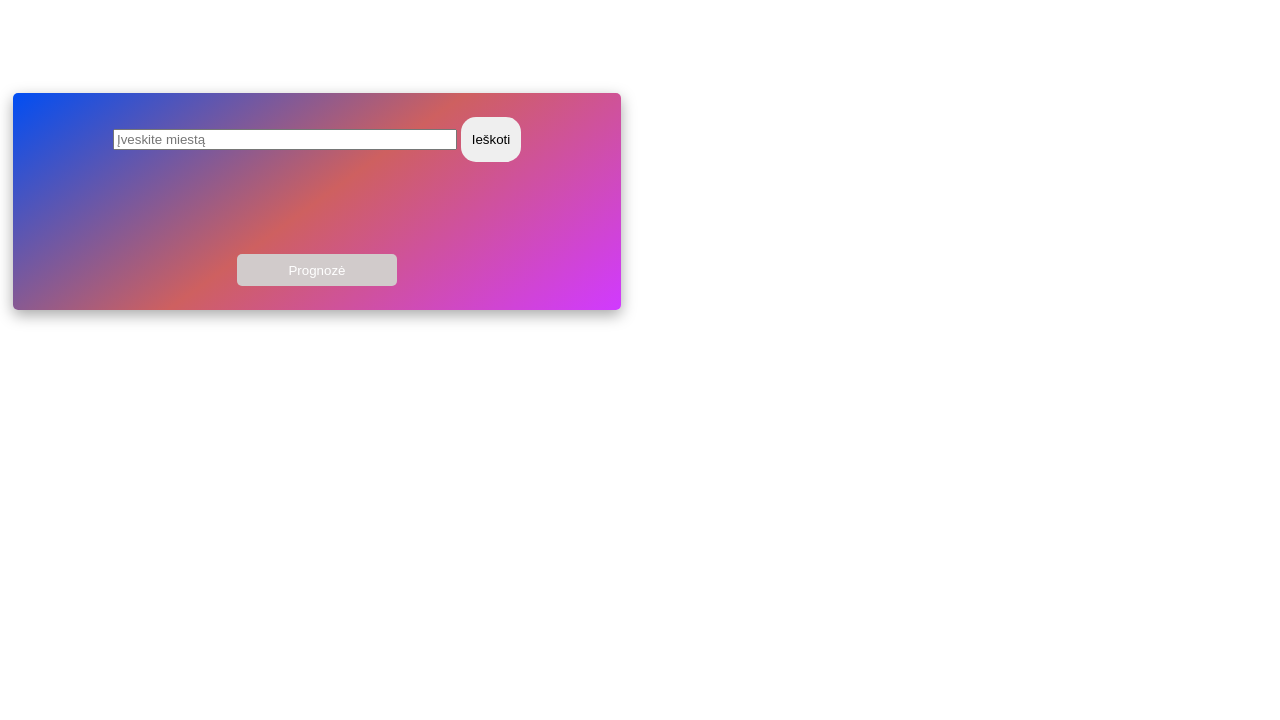
Repository: daxazz1/Weather-app
Page: index.html
An editor plug-in stored every save of this project. The page is shown before and after the next save, followed by the edit.
The browser window is 1280 px wide. The pictures show the whole page.

Above is the page before, as saved 2021-11-08 13:23:05.

### index.html
<!DOCTYPE html>
<html lang="en">
<head>
    <meta charset="UTF-8">
    <meta http-equiv="X-UA-Compatible" content="IE=edge">
    <meta name="viewport" content="width=device-width, initial-scale=1.0">
    <title>Simple weather app</title>
    <link rel="stylesheet" href="style.css">
    <link rel="preconnect" href="https://fonts.googleapis.com">
    <script src="resources/script.js" defer></script>




<!-- Font Awesome
<link
  href="https://cdnjs.cloudflare.com/ajax/libs/font-awesome/5.15.1/css/all.min.css"
  rel="stylesheet"
/>
 Google Fonts
<link
  href="https://fonts.googleapis.com/css?family=Roboto:300,400,500,700&display=swap"
  rel="stylesheet"
/>
 MDB
<link
  href="https://cdnjs.cloudflare.com/ajax/libs/mdb-ui-kit/3.6.0/mdb.min.css"
  rel="stylesheet"
/>
-->

</head>
<body>


  <div class="content">

    <div id="wrapper1">

      <div class="input">
        <input id="city" placeholder="Įveskite miestą" required/>
        <button id="search">Ieškoti</button>

        </span>
      </div>
          <p class="dt"> <span id="datetime"></span></p>
          <div class="siandien">
          <img id="penktas">
          <div id="pirmas"></div>
          <div id="antras"></div>
          <div id="trecias"></div>
          <div id="ketvirtas"></div>
          </div>
          <br><br>
          <button id="prognoze">Prognozė</button>
    </div>

    <div id="wrapper2">

      <h1 id="h1"></h1>

    <div class="wrap">

      <div class="rytoj1">
        <table>
          <tr>
            <td><h4 id="h4-1"></h4></td>
            <td><img id="sesto-icon"/></td>
            <td><div id="sestas"></div></td>
            <td><div id="septintas"></div></td>
            <td><div id="astuntas"></div></td>
          </tr>
    </div>

    <div class="rytoj2">

        <tr>
      <td><h4 id="h4-2"></h4></td>
      <td> <img id="devinto-icon"/></td>
      <td> <div id="devintas"></div></td>
      <td> <div id="desimtas"></div></td>
      <td> <div id="vienuoliktas"></div></td>
       </tr>

    </div>

    <div class="rytoj3">

        <tr>
          <td> <h4 id="h4-3"></h4></td>
          <td> <img id="dvylikto-icon"/></td>
          <td> <div id="dvyliktas"></div></td>
          <td> <div id="tryliktas"></div></td>
          <td> <div id="keturioliktas"></div></td>
      </tr>
    </table>
    </div>
  </div>
  </div>

</div>


</body>
</html>

### style.css
.content {
  width: 100%;
  height: auto;
  display: block;
  padding-top: 5rem;
  margin: 0 auto;
}
#wrapper1,
#wrapper2 {
  color: white;
  width: 35rem;
  text-align: center;
  border-radius: 5px;
  margin: 5px;
  background-color: rgb(255, 255, 255);
  padding: 1.5rem;
  box-shadow: rgba(0, 0, 0, 0.35) 0px 5px 15px;
  background: linear-gradient(0.4turn, #014ef3, #ce6060, #c300ffc5);
}

.wrap {
  justify-content: space-around;
  margin-top: 60px;
}
#city {
  width: 60%;
}
button {
  width: 60px;
  height: 45px;
  border: 1px;
  border-radius: 15px;
}
.dt {
  color: rgb(255, 255, 255);
  font-size: 14px;
  padding-top: 10px;
}

#pirmas {
  font-weight: 500;
  font-size: 36px;
}
.rytoj1,
.rytoj2,
.rytoj3 {
  font-size: 12px;
}

#prognoze {
  width: 10rem;
  height: 2rem;
  border: none;
  border-radius: 5px;
  background-color: #d1cbcb;
  color: white;
}
#h4-1,
#h4-2,
#h4-3 {
  font-size: 12px;
}
body {
  align-items: center;
}

### resources/script.js
let apiKey = '460522f216939cb477f8b66006be7948' // jusu api key
let lang = 'lt' // kalba
let units = 'metric' // naudojama metrine sistema
let city = 'Vilnius' // miestas irasytas inpute

let cityName = document.getElementById('city')
let searchButton = document.getElementById('search')

// uzdedu click eventa ant search mygtuko
searchButton.addEventListener('click', getDataFromApi)

// funkcija kuri gauna duomenis is API
function getDataFromApi() {
    // paimu irasyta miesta is input ir nustatau
    city = cityName.value

    // url yra skirtas pasiimti duomenis is api
    let url = 'https://api.openweathermap.org/data/2.5/forecast?' +
        'q=' + city +
        '&units=' + units +
        '&lang=' + lang +
        '&appid=' + apiKey

    // su fetch funkcija pasiimu duomenis is api (asinchronine funkcija)
    fetch(url)
        .then(response => response.json())
        // data => jusu kodas
        .then(function (data) {
            //paduodu gautus duomenis i funkcija
            showWeatherInDom(data)
        });
}


document.getElementById("wrapper2").style.display = 'none';



// funkcija kuri gauna duomenis ir juos atvaizduoja
function showWeatherInDom(data) {
    // tikrinu ar mano response yra geras
    if (data.cod === '200') {

    // /prognoze siai dienai

        document.getElementById("pirmas").innerHTML =  data.city.name;
        document.getElementById("antras").innerHTML = "Temperatūra: " + Math.round(data.list[0].main.temp) +" °C / " + "Jaučiama:  " + Math.round(data.list[0].main.feels_like) +" °C";
        document.getElementById("trecias").innerHTML = "Vėjo greitis: " + data.list[0].wind.speed + " m/s";
        document.getElementById("ketvirtas").innerHTML = data.list[0].weather[0].description;


        let iconCode =  data.list[0].weather[0].icon;
        let iconUrl = 'http://openweathermap.org/img/wn/' + iconCode + '@2x.png';
        let image = document.getElementById("penktas");
        image.src = iconUrl;

        console.log(data.list)

        //prognoze rytoj

        document.getElementById("sestas").innerHTML =  "Temperatūra: " + Math.round(data.list[6].main.temp) +" °C / " + "Jaučiama:  " + Math.round(data.list[6].main.feels_like) +" °C";
        document.getElementById("septintas").innerHTML = "Vėjo greitis: " + data.list[6].wind.speed + " m/s";
        document.getElementById("astuntas").innerHTML = data.list[6].weather[0].description;

        let iconCode2 =  data.list[6].weather[0].icon;
        let image2 = document.getElementById("sesto-icon");
        let iconUrl2 = 'http://openweathermap.org/img/wn/' + iconCode2 + '@2x.png';
        image2.src = iconUrl2;

     //prognoze poryt

        document.getElementById("devintas").innerHTML =  "Temperatūra: " + Math.round(data.list[14].main.temp) +" °C / " + "Jaučiama:  " + Math.round(data.list[14].main.feels_like) +" °C";
        document.getElementById("desimtas").innerHTML = "Vėjo greitis: " + data.list[14].wind.speed + " m/s";
        document.getElementById("vienuoliktas").innerHTML = data.list[14].weather[0].description;

        let iconCode3 =  data.list[14].weather[0].icon;
        let image3 = document.getElementById("devinto-icon");
        let iconUrl3 = 'http://openweathermap.org/img/wn/' + iconCode3 + '@2x.png';
        image3.src = iconUrl3;

     //prognoze po 2 dienu

        document.getElementById("dvyliktas").innerHTML =  "Temperatūra: " + Math.round(data.list[22].main.temp) +" °C / " + "Jaučiama:  " + Math.round(data.list[22].main.feels_like) +" °C";
        document.getElementById("tryliktas").innerHTML = "Vėjo greitis: " + data.list[22].wind.speed + " m/s";
        document.getElementById("keturioliktas").innerHTML = data.list[22].weather[0].description;

        let iconCode4 =  data.list[22].weather[0].icon;
        let image4 = document.getElementById("dvylikto-icon");
        let iconUrl4 = 'http://openweathermap.org/img/wn/' + iconCode4 + '@2x.png';
        image4.src = iconUrl4;




        document.getElementById("h1").textContent = "Prognozė";
        document.getElementById("h4-1").innerHTML = data.list[6].dt_txt;
        document.getElementById("h4-2").textContent = data.list[14].dt_txt;
        document.getElementById("h4-3").textContent = data.list[22].dt_txt;

        //Šios dienos data
        let dt = new Date();
        document.getElementById("datetime").innerHTML = "Data: " + dt.toLocaleString();

    } else {
        console.log('Kazkas negerai', data)
    }
}

//miesto pasirinkimas Enter mygtuku

let input = document.getElementById("city");
input.addEventListener("keyup", function(event) {
    if (event.keyCode === 13) {
        event.preventDefault();
        document.getElementById("search").click();
    }
});

//prognozes langas appear/dissapear

function tomorrowWeatherDiv() {

    const wrapperis = document.getElementById('wrapper2');
    if (wrapperis.style.display !== "none") {
        wrapperis.style.display = "none";
    }else {
        wrapperis.style.display = "block";
        }
    }
document.getElementById("prognoze").addEventListener('click', tomorrowWeatherDiv)

After the next save:
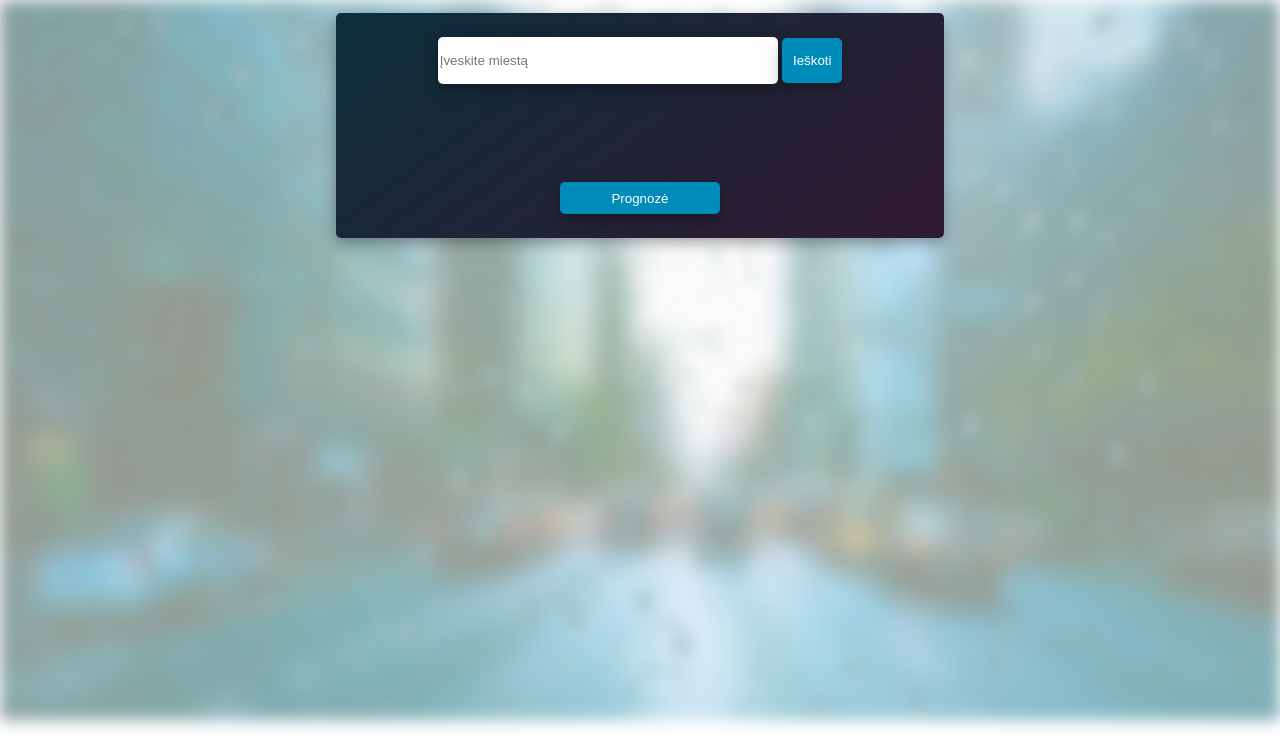
Saved 42 min 37 s later.
--- a/style.css
+++ b/style.css
@@ -1,10 +1,3 @@
-.content {
-  width: 100%;
-  height: auto;
-  display: block;
-  padding-top: 5rem;
-  margin: 0 auto;
-}
 #wrapper1,
 #wrapper2 {
   color: white;
@@ -15,7 +8,7 @@
   background-color: rgb(255, 255, 255);
   padding: 1.5rem;
   box-shadow: rgba(0, 0, 0, 0.35) 0px 5px 15px;
-  background: linear-gradient(0.4turn, #014ef3, #ce6060, #c300ffc5);
+  background: linear-gradient(0.4turn, #0d2e3b, #311a31);
 }
 
 .wrap {
@@ -24,13 +17,25 @@
 }
 #city {
   width: 60%;
+  height: 45px;
+  border-radius: 5px;
+  border: none;
+  box-shadow: rgba(0, 0, 0, 0.35) 0px 5px 15px;
 }
 button {
   width: 60px;
   height: 45px;
   border: 1px;
-  border-radius: 15px;
+  border-radius: 5px;
+  color: white;
+  background-color: #008cba;
+  box-shadow: rgba(0, 0, 0, 0.35) 0px 5px 15px;
+  animation: both;
 }
+button:hover {
+  background-color: #1b9cc7;
+}
+
 .dt {
   color: rgb(255, 255, 255);
   font-size: 14px;
@@ -52,14 +57,38 @@ button {
   height: 2rem;
   border: none;
   border-radius: 5px;
-  background-color: #d1cbcb;
+  background-color: #008cba;
   color: white;
+  box-shadow: rgba(0, 0, 0, 0.35) 0px 5px 15px;
 }
+
+#prognoze:hover {
+  background-color: #1b9cc7;
+}
+
 #h4-1,
 #h4-2,
 #h4-3 {
   font-size: 12px;
 }
+
 body {
-  align-items: center;
+  display: flex;
+  height: 100vh;
+  justify-content: center;
+  font-family: -apple-system, BlinkMacSystemFont, "Segoe UI", Roboto, Oxygen,
+    Ubuntu, Cantarell, "Open Sans", "Helvetica Neue", sans-serif;
 }
+body::after {
+  content: "";
+  background: url(backg.jpg);
+  opacity: 0.5;
+  top: 0;
+  left: 0;
+  bottom: 0;
+  right: 0;
+  position: absolute;
+  z-index: -1;
+  background-size: cover;
+  filter: blur(8px);
+}
